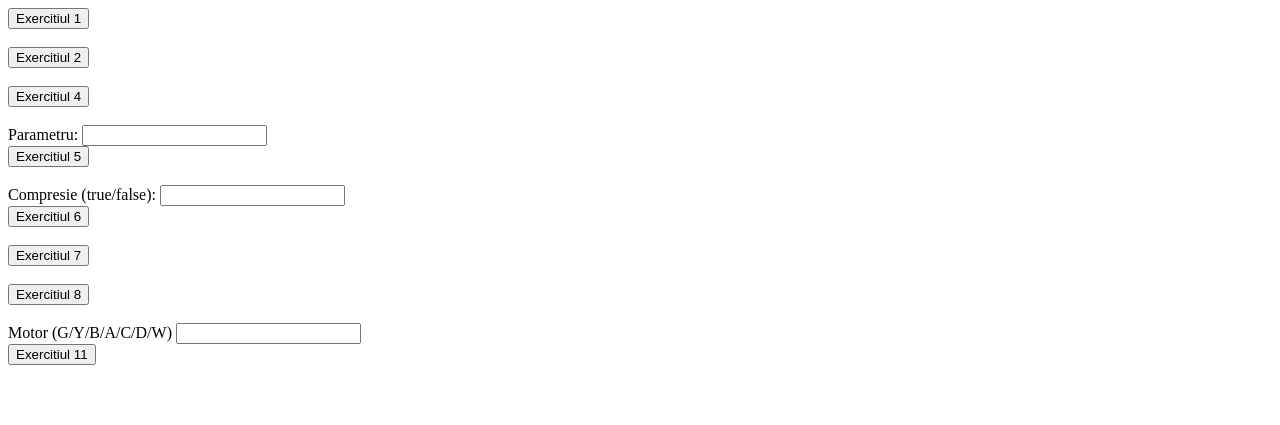
Repository: vladutbutnaru/DentalClinicManagementTool
Page: Laborator/WebContent/index.html
These files come from the project's save history. The page is drawn as it stood at one moment and after the next save; the edit follows.
The browser window is 1280 px wide. The pictures show the whole page.

Above is the page before, as saved 2016-10-13 13:24:40.

### Laborator/WebContent/index.html
<!DOCTYPE html>
<html>
<head>
<meta charset="ISO-8859-1">
<title>Exercitii laborator</title>
</head>
<body>
<form action="Index" method="GET">
<input type="submit" value="Exercitiul 1"/>
</form>
<br/>
<form action="Exercise2Servlet" method="POST">
<input type="submit" value="Exercitiul 2"/>
</form>
<br/>
<form action="Exercise4Servlet" method="POST">
<input type="submit" value="Exercitiul 4"/>
</form>
<br/>
<form action="Exercise5Servlet" method="POST">
Parametru: <input type="text"  name = "parameter" id= "parameter"/> <br/>
<input type="submit" value="Exercitiul 5"/>
</form>
<br/>
<form action="Exercise6Servlet" method="POST">
Compresie (true/false): <input type="text"  name = "parameter" id= "parameter"/> <br/>
<input type="submit" value="Exercitiul 6"/>
</form>
<br/>
<form action="Exercise7Servlet" method="GET">
 <input type="hidden" name="page" value="index" />
<input type="submit" value="Exercitiul 7"/>
</form>
<br/>
<form action="Exercise8Servlet" method="GET">

<input type="submit" value="Exercitiul 8"/>
</form>
<br/>
<form action="Exercise11Servlet" method="GET">
Motor (G/Y/B/A/C/D/W) <input type="text" name="engine" id="engine"/> <br/>
<input type="submit" value="Exercitiul 11"/>
</form>
</body>
</html>

After the next save:
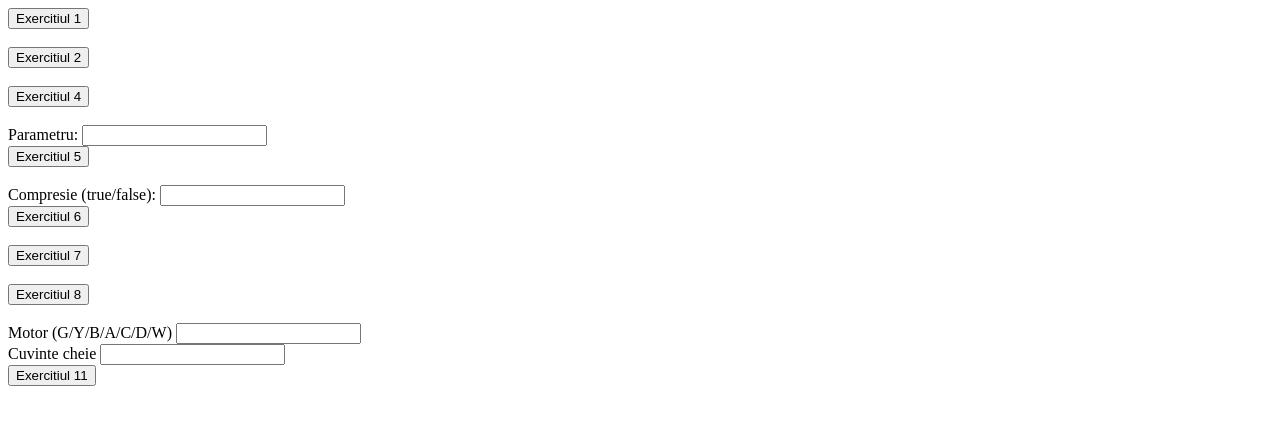
Saved 14 s later.
--- a/Laborator/WebContent/index.html
+++ b/Laborator/WebContent/index.html
@@ -39,6 +39,7 @@ Compresie (true/false): <input type="text"  name = "parameter" id= "parameter"/>
 <br/>
 <form action="Exercise11Servlet" method="GET">
 Motor (G/Y/B/A/C/D/W) <input type="text" name="engine" id="engine"/> <br/>
+Cuvinte cheie <input type="text" name="key" id="key"/> <br/>
 <input type="submit" value="Exercitiul 11"/>
 </form>
 </body>
